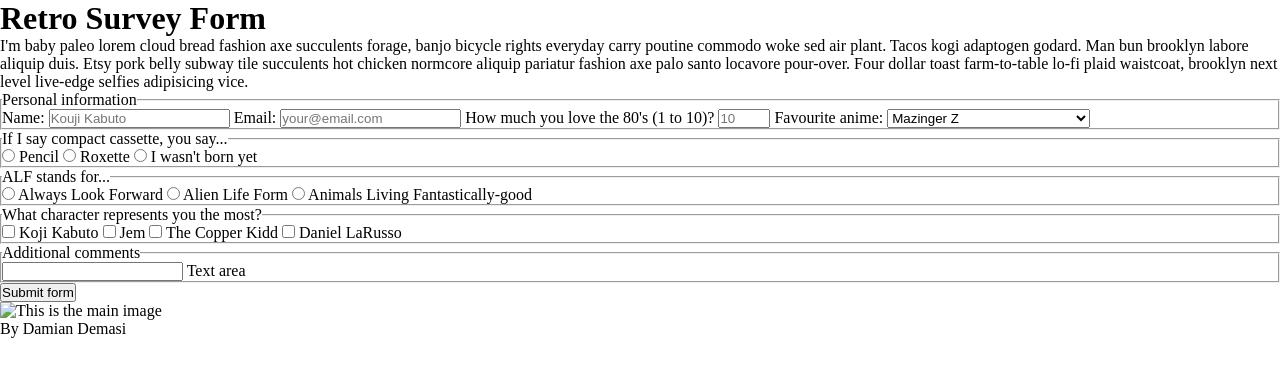
Repository: Colo-Codes/freecodecamp-02-Build-a-Survey-Form
Page: index.html
The author's editor kept a copy of each file at every save. The page is drawn from the files as they stood at one save, then again after the next save.
The browser window is 1280 px wide. The pictures show the whole page.

Above is the page before, as saved 2021-05-18 12:52:41.

### index.html
<!DOCTYPE html>
<html lang="en">

<head>
    <meta charset="UTF-8">
    <meta http-equiv="X-UA-Compatible" content="IE=edge">
    <meta name="viewport" content="width=device-width, initial-scale=1.0">
    <link rel="stylesheet" href="./resources/css/index.css" type="text/css">
    <title>Retro Survey Form</title>
</head>

<body>
    <main>
        <header>
            <h1 id="title">Retro Survey Form</h1>
        </header>
        <section>
            <p id="description">I'm baby paleo lorem cloud bread fashion axe succulents forage, banjo bicycle rights
                everyday carry poutine commodo woke sed air plant. Tacos kogi adaptogen godard. Man bun brooklyn labore
                aliquip duis. Etsy pork belly subway tile succulents hot chicken normcore aliquip pariatur fashion axe
                palo santo locavore pour-over. Four dollar toast farm-to-table lo-fi plaid waistcoat, brooklyn next
                level live-edge selfies adipisicing vice.</p>
            <form action="#" id="survey-form" method="POST">
                <fieldset>
                    <legend>Personal information</legend>
                    <label for="name" id="name-label">
                        Name: <input type="text" id="name" placeholder="Kouji Kabuto" required>
                    </label>
                    <label for="email" id="email-label">
                        Email: <input type="email" id="email" placeholder="your@email.com" required> <!-- validate -->
                    </label>
                    <label for="number" id="number-label">
                        How much you love the 80's (1 to 10)? <input type="number" id="number" placeholder="10" min="1"
                            max="10" required>
                    </label>
                    <label for=""> Favourite anime:
                        <select name="" id="dropdown">
                            <option value="mazinger-z">Mazinger Z</option>
                            <option value="macross-robotech">Macross (Robotech)</option>
                            <option value="crusher-joe">Crusher Joe</option>
                            <option value="momo">Magical Princess Minky Momo</option>
                            <option value="gundam">Mobile Suit Zeta Gundam</option>
                            <option value="dragon-ball">Dragon Ball</option>
                            <option value="galactic-heroes">Legend of the Galactic Heroes</option>
                        </select>
                    </label>
                </fieldset>

                <fieldset>
                    <legend>If I say compact cassette, you say...</legend>
                    <label for="pencil">
                        <input type="radio" name="cassette-match" value="pencil" id="pencil"> Pencil
                    </label>
                    <label for="roxette">
                        <input type="radio" name="cassette-match" value="roxette" id="roxette"> Roxette
                    </label>
                    <label for="not-born">
                        <input type="radio" name="cassette-match" value="not-born" id="not-born"> I wasn't born yet
                    </label>
                </fieldset>
                <fieldset>
                    <legend>ALF stands for...</legend>
                    <label for="always">
                        <input type="radio" name="alf" value="always" id="always"> Always Look Forward
                    </label>
                    <label for="alien">
                        <input type="radio" name="alf" value="alien" id="alien"> Alien Life Form
                    </label>
                    <label for="animals">
                        <input type="radio" name="alf" value="animals" id="animals"> Animals Living Fantastically-good
                    </label>
                </fieldset>
                <fieldset>
                    <legend>What character represents you the most?</legend>
                    <label for="koji">
                        <input type="checkbox" name="character" value="koji" id="koji"> Koji Kabuto
                    </label>
                    <label for="jem">
                        <input type="checkbox" name="character" value="jem" id="jem"> Jem
                    </label>
                    <label for="copper">
                        <input type="checkbox" name="character" value="copper" id="copper"> The Copper Kidd
                    </label>
                    <label for="larusso">
                        <input type="checkbox" name="character" value="larusso" id="larusso"> Daniel LaRusso
                    </label>
                </fieldset>
                <fieldset>
                    <legend>Additional comments</legend>
                    <label for="">
                        <input type="textarea"> Text area
                    </label>
                </fieldset>
                <input type="submit" value="Submit form">
            </form>
        </section>
        <div id="main-image">
            <img src="" alt="This is the main image">
        </div id="main-image">
    </main>
    <footer>
        <p>By Damian Demasi</p>
    </footer>
</body>

</html>

### resources/css/index.css
/* Initial reset */
html {
    box-sizing: border-box;
    font-size: 16px;
}
*, *:before, *:after {
    box-sizing: inherit;
    margin: 0;
    padding: 0;
    /* outline: 1px dashed blue; Debugging purposes */
}
/* Flexbox container */
main {
    display: flex;
    flex-direction: column;
}
aside {
    order: -1; /* main image */
}

After the next save:
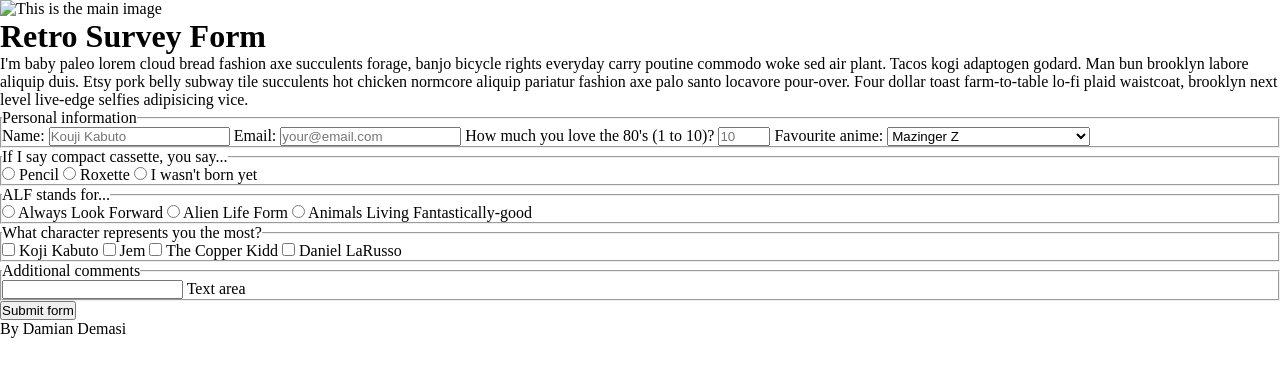
Saved 8 s later.
--- a/resources/css/index.css
+++ b/resources/css/index.css
@@ -14,6 +14,6 @@ main {
     display: flex;
     flex-direction: column;
 }
-aside {
+#main-image {
     order: -1; /* main image */
 }
